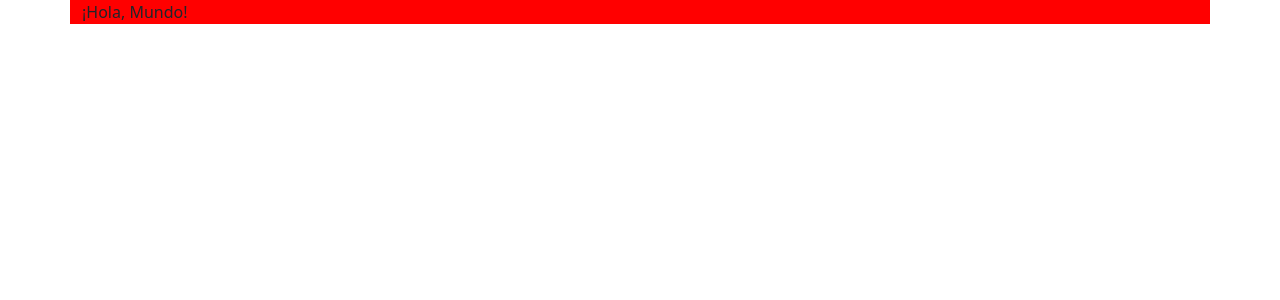
Repository: alexvl06/alexvl06.github.io
Page: index.html
The author's editor kept a copy of each file at every save. The page is drawn from the files as they stood at one save, then again after the next save.
The browser window is 1280 px wide. The pictures show the whole page.

Above is the page before, as saved 2022-07-11 07:58:27.

After the next save:
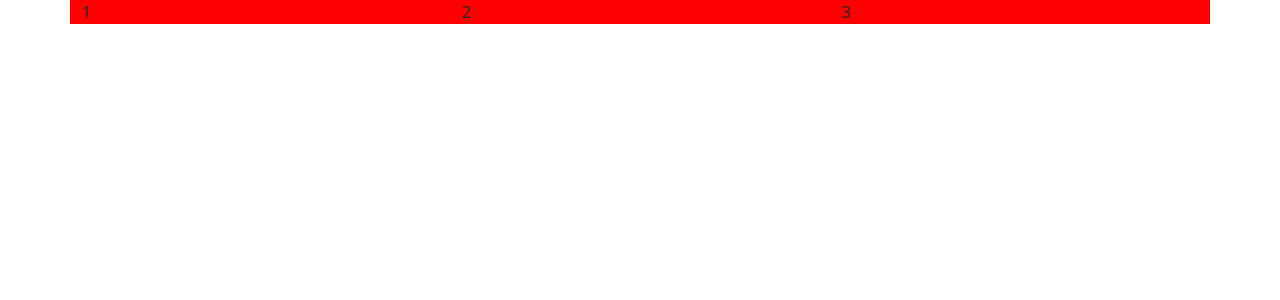
Saved 54 s later.
--- a/index.html
+++ b/index.html
@@ -13,7 +13,11 @@
   </head>
   <body>
     <div class="container" style="background: red ;">
-      ¡Hola, Mundo!
+      <div class="row">
+        <div class="col">1</div>
+        <div class="col">2</div>
+        <div class="col">3</div>
+      </div>
     </div>
     <script
       src="https://cdn.jsdelivr.net/npm/bootstrap@5.2.0-beta1/dist/js/bootstrap.bundle.min.js"
